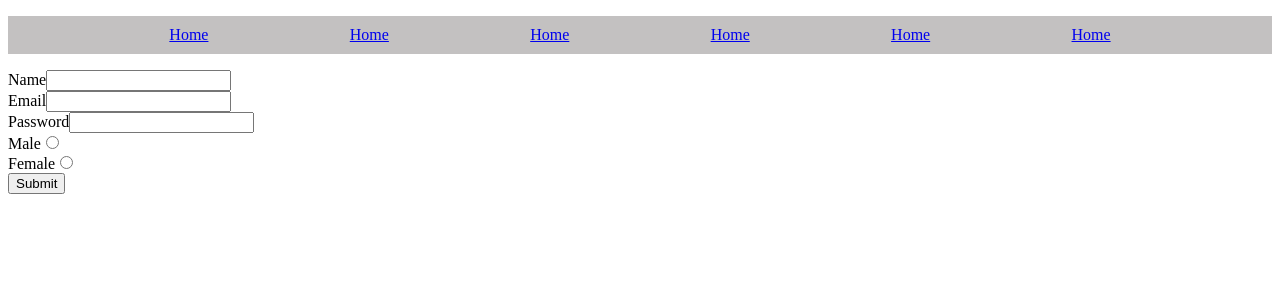
Repository: Naynsh2904/Advance_Java
Page: http://localhost/createForm/NewFile.jsp
The author's editor kept a copy of each file at every save. The page is drawn from the files as they stood at one save, then again after the next save.
The browser window is 1280 px wide. The pictures show the whole page.
The page is served by Tomcat 9.

Above is the page before, as saved 2025-01-31 09:52:02.

After the next save:
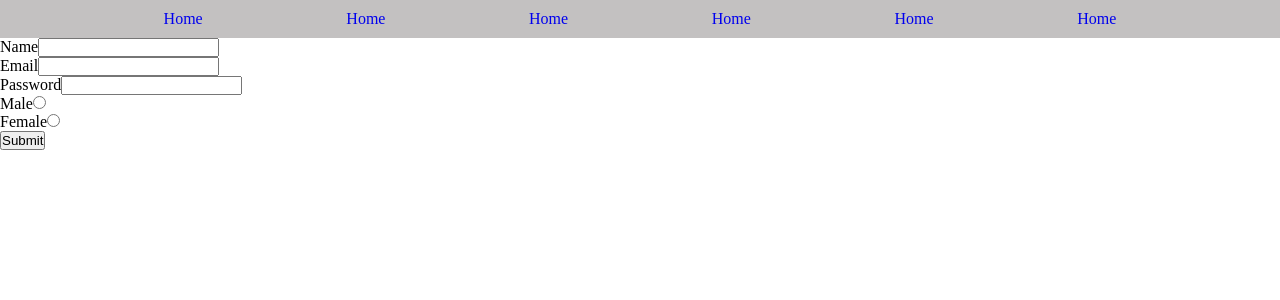
Saved 55 s later.
--- a/createForm/src/main/webapp/NewFile.jsp
+++ b/createForm/src/main/webapp/NewFile.jsp
@@ -5,17 +5,25 @@
 <head>
 <meta charset="UTF-8">
 <title>Document</title>
-<style >
-	li{
-    list-style: none;
-  }
-  ul {
-    padding: 10px 20px;
-    background-color: #c3c1c1;
-    display: flex;
-    justify-content: space-evenly;
-  }
-</style>
+<style>
+    * {
+      margin: 0;
+      padding: 0;
+    }
+    a {
+      text-decoration: none;
+    }
+    li {
+      list-style: none;
+    }
+
+    ul {
+      padding: 10px 20px;
+      background-color: #c3c1c1;
+      display: flex;
+      justify-content: space-evenly;
+    }
+  </style>
 </head>
 
 <body>
